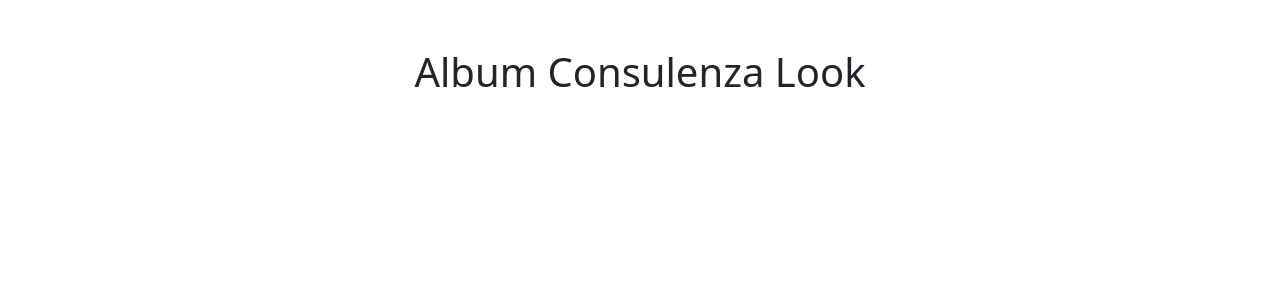
Repository: Probyte5D/Armocromia-website
Page: album.html
These files come from the project's save history. The page is drawn as it stood at one moment and after the next save; the edit follows.
The browser window is 1280 px wide. The pictures show the whole page.
The page's requests for data from a server got no answer.

Above is the page before, as saved 2025-04-18 21:29:19.

After the next save:
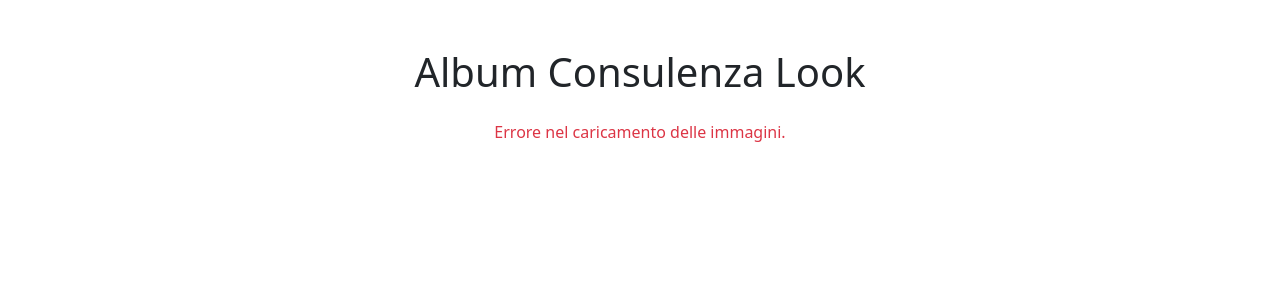
Saved 28 s later.
--- a/album.html
+++ b/album.html
@@ -14,7 +14,7 @@
     </div>
   </div>
   <script src="https://cdn.jsdelivr.net/npm/bootstrap@5.1.0/dist/js/bootstrap.bundle.min.js"></script>
-  <script src="https://cdn.jsdelivr.net/npm/bootstrap@5.1.0/dist/js/bootstrap.bundle.min.js"></script>
+  <script src="album.js"></script>
 
 </body>
 </html>
